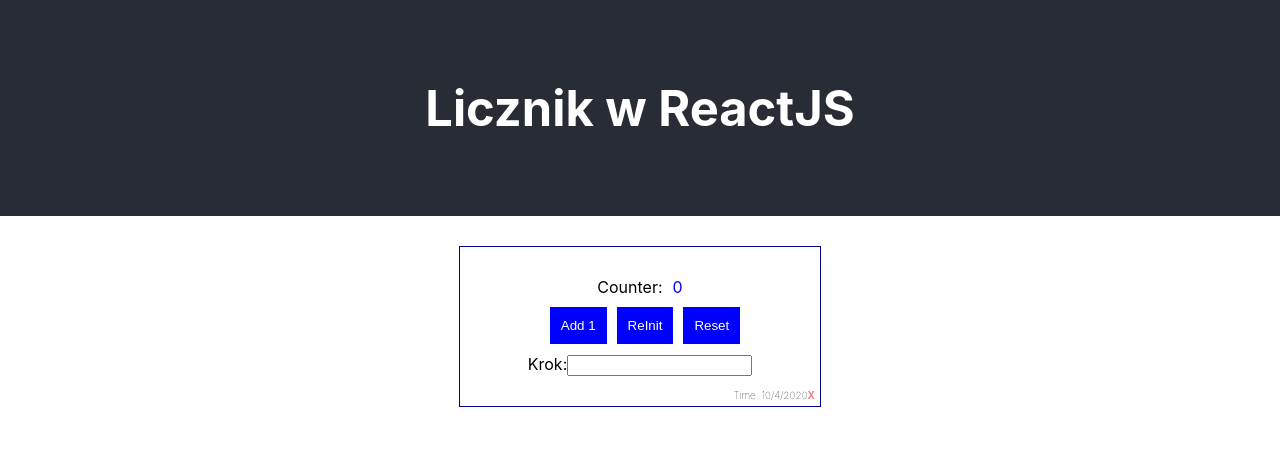
Repository: magdaf41/react-counter-app
Page: /
These files come from the project's save history. The page is drawn as it stood at one moment and after the next save; the edit follows.
The browser window is 1280 px wide. The pictures show the whole page.
The project was rebuilt for these pictures with package versions that can differ from the ones it lists, and the page was loaded fresh each time.

Above is the page before, as saved 2020-10-06 21:07:08.

After the next save:
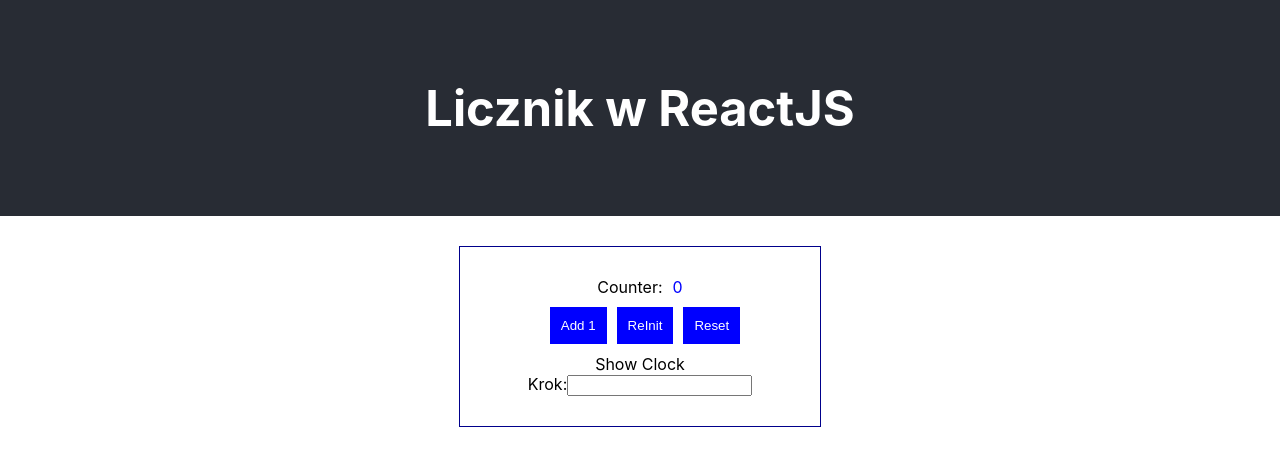
Saved 23 s later.
--- a/src/Counter.js
+++ b/src/Counter.js
@@ -15,7 +15,7 @@ class Counter extends Component {
 
         this.state = {
             counterValue: this.props.initValue,
-            showClock: true,
+            showClock: false,
             stepValue: 5
 
         };
